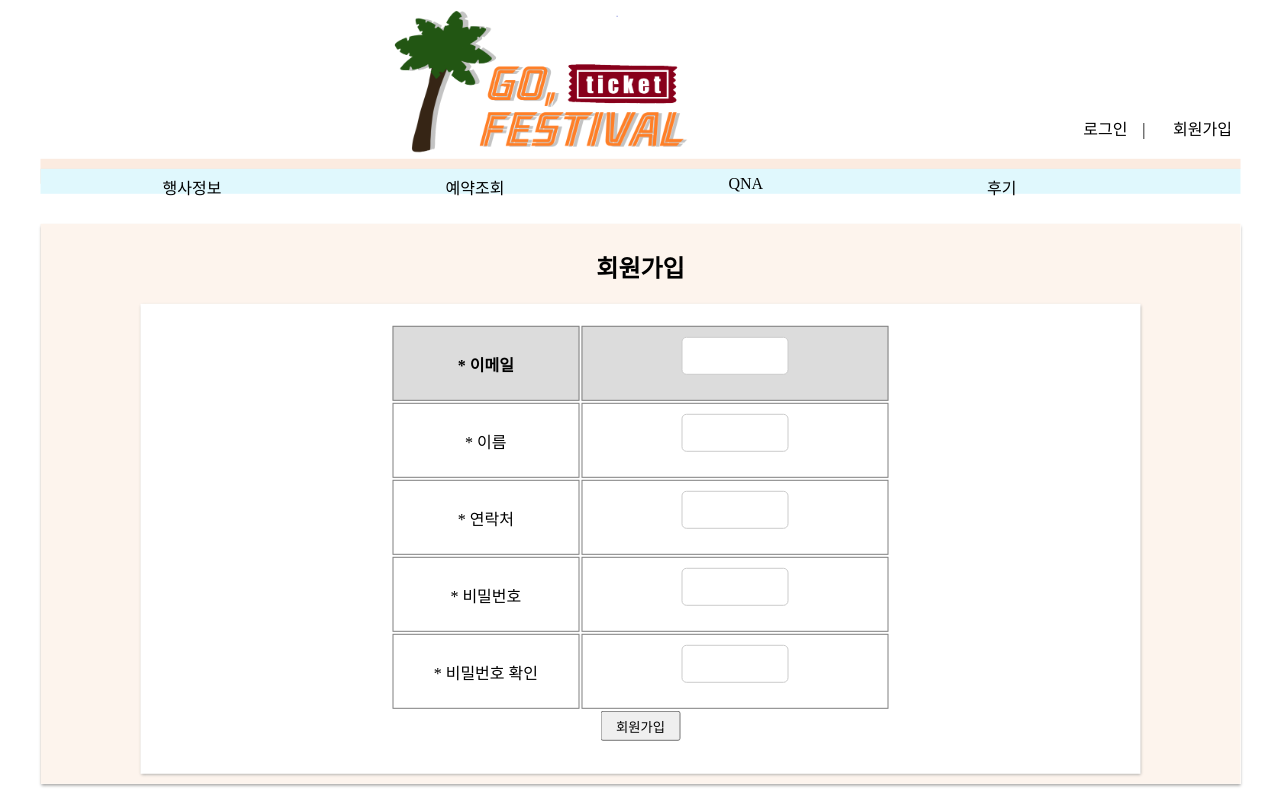
Repository: Changgyu1/Chang_Gu
Page: http://localhost/Project/register.jsp
An editor plug-in stored every save of this project. The page is shown before and after the next save, followed by the edit.
The browser window is 1280 px wide. The pictures show the whole page.
Some web fonts or font styles are not loaded; a fallback is used. The page is served by Tomcat 9.

Above is the page before, as saved 2023-11-14 09:25:46.

After the next save:
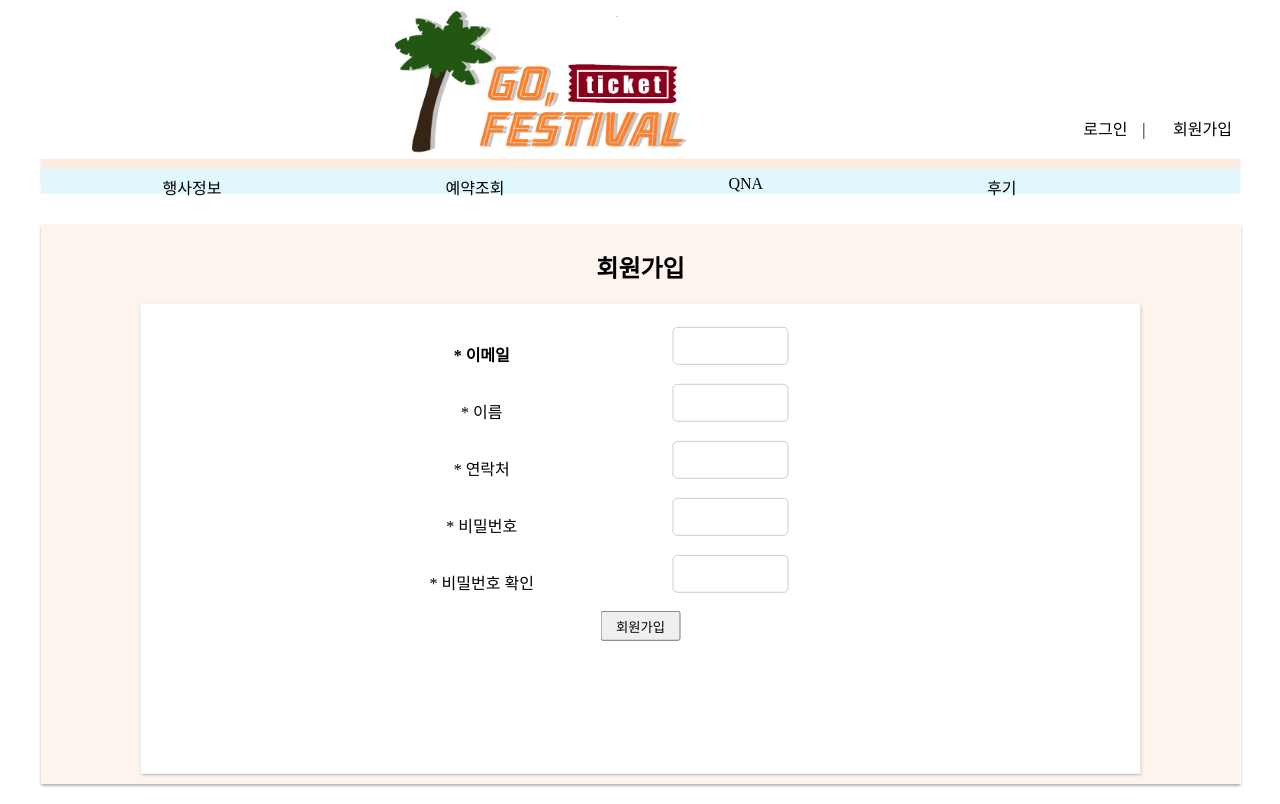
Saved 68 s later.
--- a/Project/src/main/webapp/register.jsp
+++ b/Project/src/main/webapp/register.jsp
@@ -9,7 +9,7 @@
 <meta charset="UTF-8">
 <meta name="viewport" content="width=device-width, initial-scale=1.0">
 <title>예약</title>
-<link rel="stylesheet" type="text/css" href="./hjCss/main.css">
+<link rel="stylesheet" type="text/css" href="./css/event.css">
 <link rel="stylesheet" type="text/css"
 	href="./hjCss/reservationSearch.css">
 	<style>
